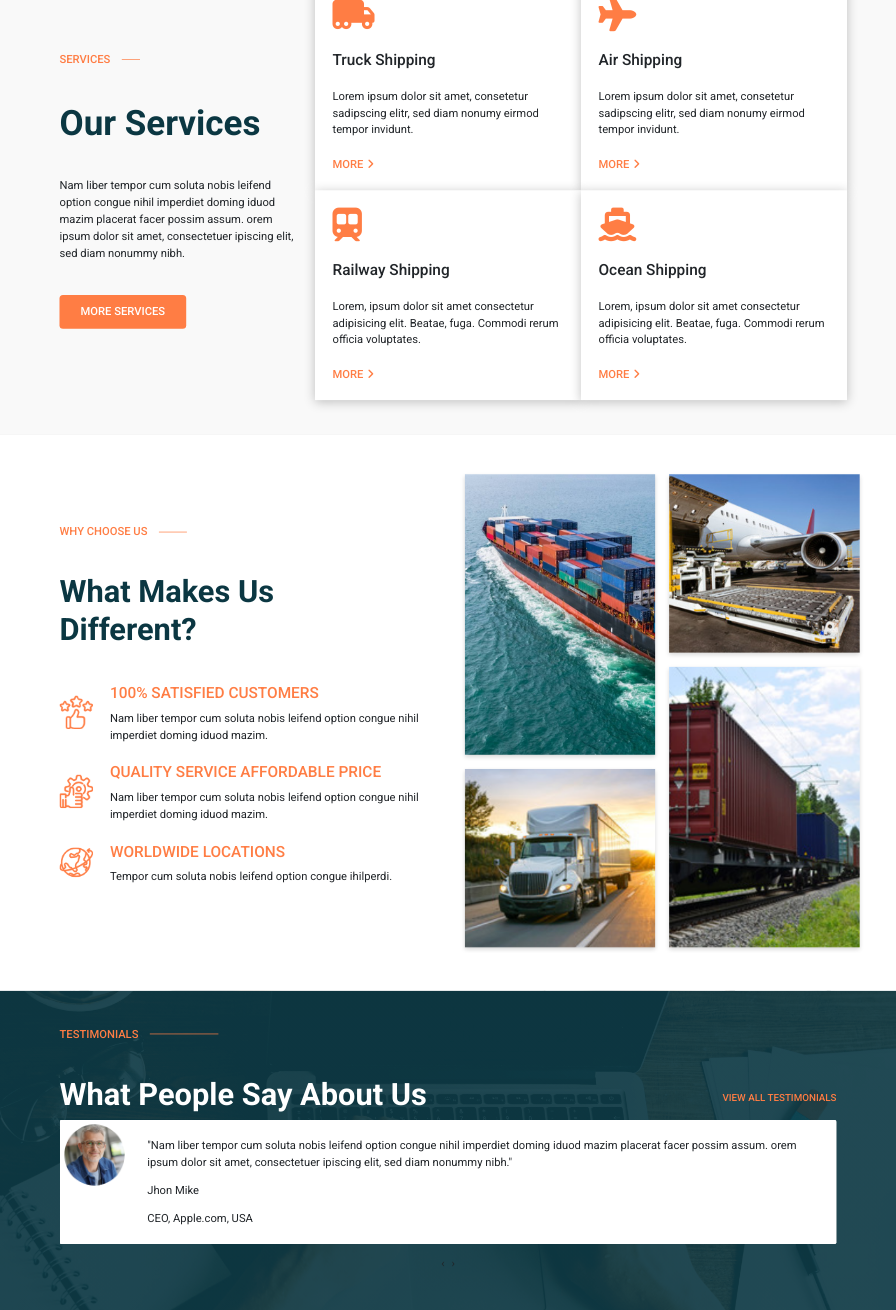
Repository: nazmulalok/shipping-theme
Page: index.html
An editor plug-in stored every save of this project. The page is shown before and after the next save, followed by the edit.
The browser window is 1280 px wide. The pictures show the part of the page from y = 1791 to 3711 px (the page is 3663 px tall before and 3711 px after), at 70% of full size.
Some web libraries are served in a nearby version.

Above is the page before, as saved 2022-10-09 11:06:40.

After the next save:
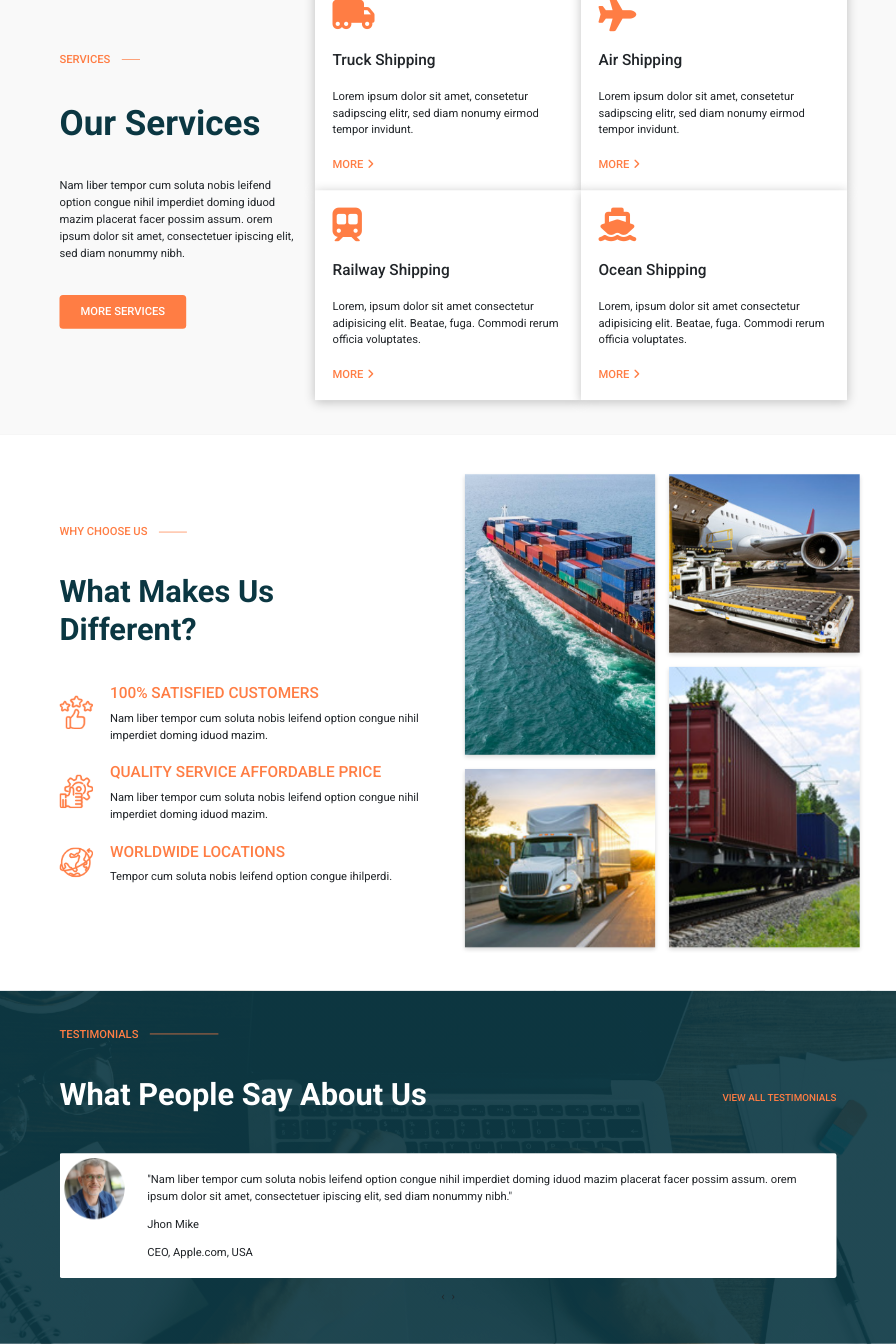
Saved 5 min 49 s later.
--- a/index.html
+++ b/index.html
@@ -286,7 +286,7 @@
 
 
 
-                <div class="owl-carousel owl-theme">
+                <div class="owl-carousel owl-theme mt-5">
                     <div class="item">
                         <div class="common-box d-flex">
                             <div class="img-box">
